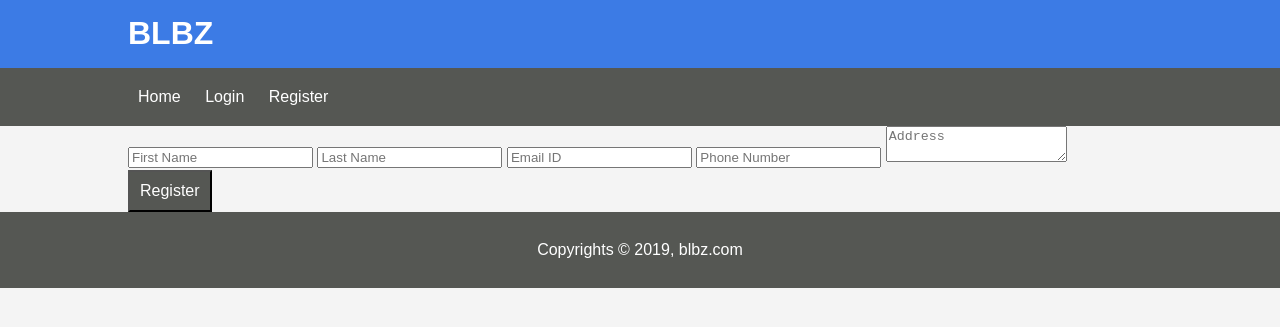
Repository: Kutty39/WebApps
Page: http://localhost/WebPageApp1/editpage.jsp
An editor plug-in stored every save of this project. The page is shown before and after the next save, followed by the edit.
The browser window is 1280 px wide. The pictures show the whole page.
The page is served by Tomcat 9. Other server files are loaded and not shown.

Above is the page before, as saved 2019-12-09 13:03:52.

### LoginRegistrationPage/WebPageApp1/src/main/webapp/editpage.jsp
<%@ page language="java" contentType="text/html; charset=UTF-8"
	pageEncoding="UTF-8"%>
<!DOCTYPE html>
<html>
<head>
<title>My Page</title>
<link href="CSS/mycss.css" rel="stylesheet" type="text/css">
<script	src="https://ajax.googleapis.com/ajax/libs/jquery/3.4.1/jquery.min.js"></script>
<script src="JS/myjs.js"></script>
</head>
<body>
	<header class="head">
		<div class="container">
			<h1>BLBZ</h1>
		</div>
	</header>
	<nav class="nav-bar">
		<div class="container">
			<ul>
				<li><a class="button home">Home</a></li>
				<li><a class="button login">Login</a></li>
				<li><a class="button register">Register</a></li>
				<li><a class="button data"  hidden>Date Tab</a></li>
				<li><a class="button userprof" hidden>User Profile</a></li>
				<li><a class="button logout" hidden>Log Out</a></li>
			</ul>
		</div>
	</nav>
	<section class="main">
		<div id="ajx" class="container">
		<form id="tblForm" class="my-form-tbl" method="POST">
	<input type="text" name="fname" placeholder="First Name"
		required="required"> <input type="text" name="lname"
		required="required" placeholder="Last Name">
	<p class="hd-lbl eid" hidden>*Mandatory field</p>
	<input type="text" id="eid" name="eid" required="required"
		placeholder="Email ID">
	<p class="hd-lbl phn" hidden>*Mandatory field</p>
	<input type="text" name="phn" required="required"
		placeholder="Phone Number">
	<textarea name="adrs" required="required" placeholder="Address"></textarea>
	<input id="regBtn" class="button" type="submit" value="Register">
</form>
</div>
	</section>
	<footer>
		<div class="container">Copyrights &copy; 2019, blbz.com</div>
	</footer>
</body>
</html>

### LoginRegistrationPage/WebPageApp1/src/main/webapp/CSS/mycss.css
@charset "UTF-8";
*{
	box-sizing: border-box;}
body {
	background-color: #f4f4f4;
	color: #555;
	font-family: Arial, Helvetica, sans-serif;
	font-size: 16px;
	line-height: 1.6em;
	margin: 0;
	background-color: #f4f4f4;
}

p.hd-lbl {
	padding: 0;
	margin: 0;
	width: 100%;
	font-family: monospace;
	line-height: 1rem;
}

.hd-lbl {
	color: red;
	font-size: 0.7rem;
}

.container {
	width: 80%;
	margin: auto;
	overflow: hidden;
}

.form-header {
	text-align: center;
	width: 100%;
	margin: auto;
	margin-bottom: 1em;
	padding: 1px;
	background-color: #f57900;
}

.form-container, .out-container {
	width: 50%;
	background-color: white;
	margin: auto;
	overflow: hidden;
	border: 1rem #ccc solid;
	padding: 2em;
}

.button {
	background-color: #555753;
	padding: 10px;
	color: white;
	font-size: 1em;
}

.my-form input[type="text"], .my-form textarea, .my-form input[type="password"]
	{
	width: 100%;
	padding: 0.5rem;
	margin-bottom: 0.5rem;
	font-size: 1em;
	box-sizing: border-box
}

.head {
	background: #3c7be5;
}

.head h1 {
	color: white;
}

.nav-bar {
	background-color: #555753;
}

.nav-bar ul {
	padding-left: 0;
	list-style: none;
	text-decoration: none;
	list-style: none;
}

.nav-bar li {
	display: inline;
}

.nav-bar a {
	text-decoration: none;
}

.nav-bar a:hover {
	background: white;
	color: black;
}

footer {
	background-color: #555753;
	color: white;
	text-align: center;
	padding: 2%;
}

@media ( max-width : 600px) {
	nav, article {
		width: 100%;
		height: auto;
	}
}
/* body{
	font: bold 100% Arial,Helvetica,sans-serif;
}
.btn {
	border-radius: 15px;
	padding: 5px;
	background: aqua;
}

.btn:hover {
	background-color: buttonface;
}

.box-1 {
	text-align:center;
	border-radius: 5px;
	background-color: #f2f2f2;
	padding: 5%;
	margin: auto;
	width: 80%
}
.box-1 h2{
	text-transform: capitalize;
	letter-spacing: 0.1em;
} */

### LoginRegistrationPage/WebPageApp1/src/main/webapp/JS/myjs.js
$(document).ready(function() {
	// this will bind the method for currently available elements
	$("a.button").click(loadpage);
	// this on method will bind the methods to future elements
	$("#ajx").on("blur","input[type!='submit']",($(this), mandChecker));
	$("#ajx").on("keyup","input[type!='submit']",($(this), mandChecker));
	$("#ajx").on("blur","#eid",check);
	$("#ajx").on("blur","#usr",check);
	$("#ajx").on("submit","#regForm",function(e){
		var s=true;
			$("p.hd-lbl").each(function() {
				if (this.style.display === "block") {
					s=false;
				}
			});
			if(s){
			$.ajax({
				type : "POST",
				url : "regestration",
				data :$("#regForm").serialize(),
				success : function(msg) {
					$("#ajx").html(msg);
				},
				dataType : "html"
			});
			}
			e.preventDefault();
	});


	$("#ajx").on("submit","#lgnForm",function(e){
		var s=true;
		$("#errormsg").hide();
		$("#successmsg").hide();
			$("p.hd-lbl").each(function() {
				if (this.style.display === "block") {
					s=false;
				}
			});
			if(s){
				$.post("login",$("#lgnForm").serialize(),function(msg) {
					if(msg.search("Login")<0){
						lognaction();}
						$("#ajx").html(msg);
					});
				}
		e.preventDefault();
	});


	$("#ajx").on("submit","#profForm",function(e){
		let s = true;
		$("p.hd-lbl").each(function() {
			if (this.style.display === "block") {
				s=false;
				return;
			}
		});
		if(s){
			$.post("update",$("#profForm").serialize(),function(msg) {
				alert(msg);
			});
		}
		 e.preventDefault();
	});

});

function lognaction(){
	$("a.button").each(function(){
		if($(this).attr('class').indexOf("home")<=0){
		$(this).toggle();}
	});
}
function logconfirm(){
	$("a.button.login").hide()
	$("a.button.register").hide();
	$("a.button.userprof").show();
	$("a.button.logout").show();
}


function loadpage() {
	var cls = $(this).attr("class").replace("button ","");
	console.log(cls.replace("button ",""));
	$.ajax({
		type : "post",
		url : "switchpage",
		data : {"page" : cls},
		success : function(msg) {
			if(cls=="logout"){
				lognaction();
			}
			$("#ajx").html(msg);
		},
		dataType : "html"
	});
}

function check(){
	var obj=$(this);
	if(obj!=null){
	$.ajax({
		type : "post",
		url : "validate",
		data : {"email":obj.val()},
		success : function(msg) {
			if(msg==="true"){
				if(obj.attr("name")==="eid"){
				$(".hd-lbl.eid").text("*Email alread exists.");
				$(".hd-lbl.eid").show();
				}if(obj.attr("name")==="username"){
					$(".hd-lbl.username").hide();
				}
			}else{
				if(obj.attr("name")==="username"){
					$(".hd-lbl.username").text("*Email is not exists. please register and come back");
					$(".hd-lbl.username").show();
				}else if(obj.attr("name")==="eid"){
					$(".hd-lbl.eid").hide();
				}
			}
		}
	});
	}
}

function mandChecker(element) {
	var val = element.target.value;
	var name = element.target.name;
	var obj = $(".hd-lbl." + name);
	if (val === "") {
		obj.show();
	} else {
		obj.show();
		var regx = "";
		if (name === "phn") {
			regx = /^\d{10}$/;
			if (regx.test(val)) {
				obj.hide();
			} else {
				obj.text("* Phone number should be 10 digit");
			}
		} else if (name === "eid") {
			regx = /^[a-zA-z\d._-]+\@[a-zA-Z\d.-]+\.[a-zA-Z]{2,4}$/;
			if (regx.test(val)) {
				obj.hide();
			} else {
				obj.text("* Please enter valid email.");
			}
		} else if (name === "pas") {
			regx = /^((?=.*[a-z])(?=.*[A-Z])(?!.*\s)(?=.*[@$!%*?&])).{8,15}$/;
			if (regx.test(val)) {
				obj.hide();
			} else {
				obj.show();
			}
		} else if (name === "conpas") {
			var ps = $("input[name='pas']").val();
			if (val === ps) {
				obj.hide();
			} else {
				obj.show();
			}
		} else {
			obj.hide();
		}
	}
}

After the next save:
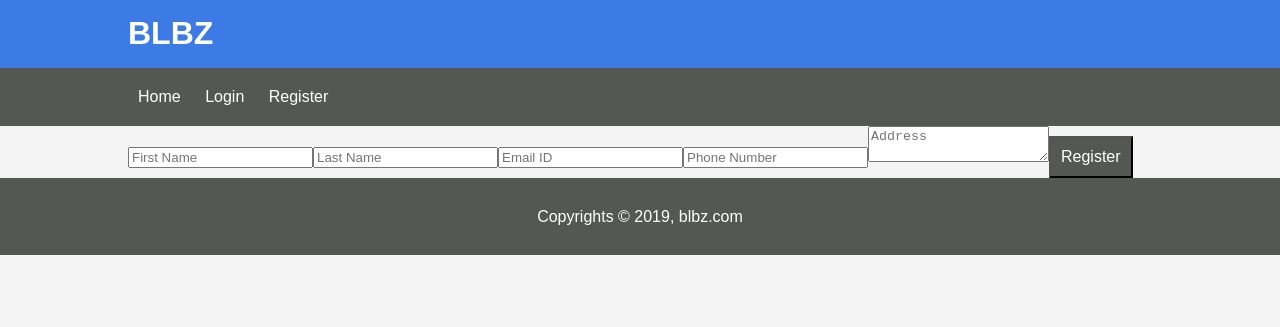
Saved 78 s later.
--- a/LoginRegistrationPage/WebPageApp1/src/main/webapp/editpage.jsp
+++ b/LoginRegistrationPage/WebPageApp1/src/main/webapp/editpage.jsp
@@ -28,6 +28,8 @@
 	</nav>
 	<section class="main">
 		<div id="ajx" class="container">
+		<table>
+		<tr>
 		<form id="tblForm" class="my-form-tbl" method="POST">
 	<input type="text" name="fname" placeholder="First Name"
 		required="required"> <input type="text" name="lname"
@@ -41,6 +43,8 @@
 	<textarea name="adrs" required="required" placeholder="Address"></textarea>
 	<input id="regBtn" class="button" type="submit" value="Register">
 </form>
+</tr>
+</table>
 </div>
 	</section>
 	<footer>
